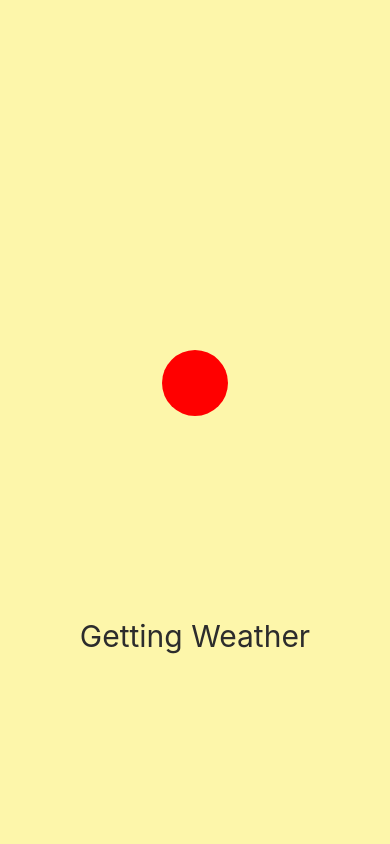
Repository: Exchallenger/Weather-app
Screen: /
An editor plug-in stored every save of this project. The screen is shown before and after the next save, followed by the edit.
The app was drawn by React Native's web renderer in a window 390 px wide. The project was rebuilt for these pictures with package versions that can differ from the ones it lists, and the page was loaded fresh each time. Also part of the build but not shown: weather.js.

Above is the screen before, as saved 2021-01-15 15:22:28.

After the next save:
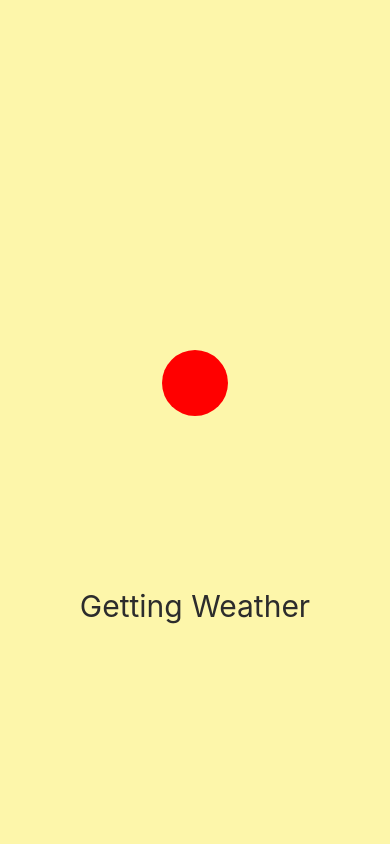
Saved 4 s later.
--- a/loading.js
+++ b/loading.js
@@ -22,7 +22,7 @@ const styles = StyleSheet.create({
         flex:1,
         justifyContent:"flex-end",
         alignItems:"flex-end",
-        marginBottom:90
+        marginBottom:120
     },
     text:{
         color:"#2c2c2c",
